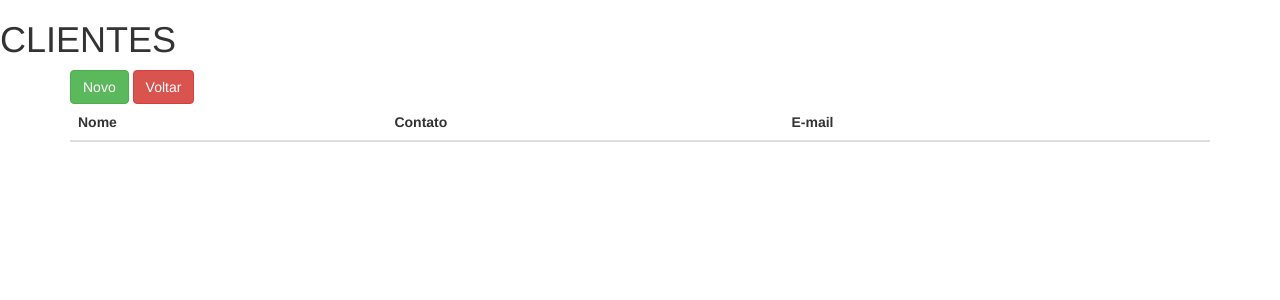
Repository: diegokunha/LojinhaGuru
Page: http://localhost/LojinhaGuru/clientes
These files come from the project's save history. The page is drawn as it stood at one moment and after the next save; the edit follows.
The browser window is 1280 px wide. The pictures show the whole page.
Some web libraries are served in a nearby version. The page is served by Tomcat 9.

Above is the page before, as saved 2017-10-04 01:02:12.

After the next save:
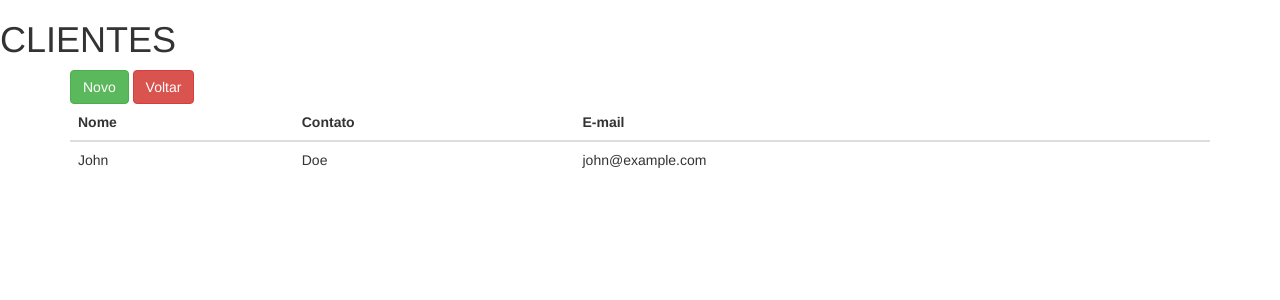
Saved 88 s later.
--- a/LojinhaGuru/WebContent/WEB-INF/views/jsp/clientes.jsp
+++ b/LojinhaGuru/WebContent/WEB-INF/views/jsp/clientes.jsp
@@ -36,6 +36,14 @@
 						<th>E-mail</th>
 						<th></th>
 					</tr>
+				</thead>
+				<tbody>
+					<tr>
+						<td>John</td>
+						<td>Doe</td>
+						<td>john@example.com</td>
+					</tr>
+				</tbody>
 			</table>
 		</form>
 	</div>
